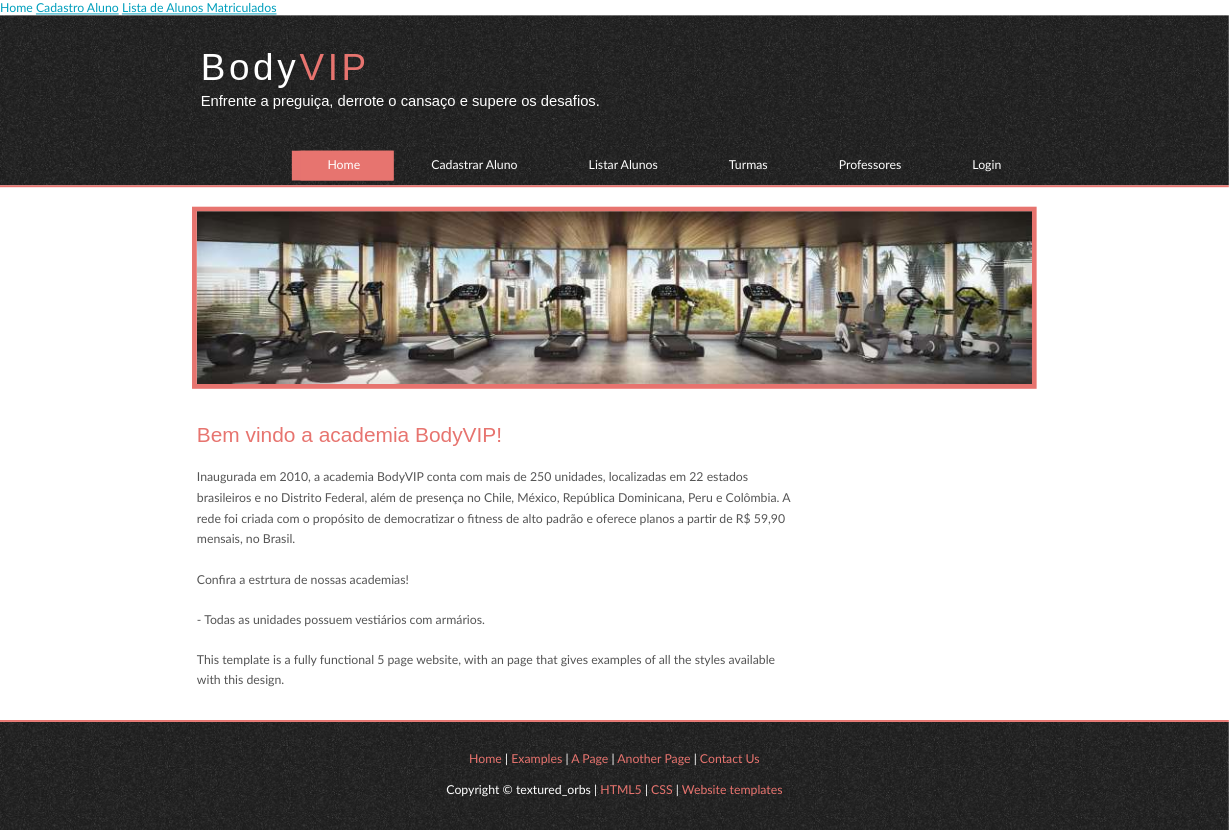
Repository: Thais-Ferreira/Projeto_bodyVIP
Page: http://localhost/BodyVIP/home.jsp
An editor plug-in stored every save of this project. The page is shown before and after the next save, followed by the edit.
The browser window is 1280 px wide. The pictures show the whole page, at 96% of full size.
The page is served by Tomcat 9. Other server files are loaded and not shown.

Above is the page before, as saved 2017-06-18 23:34:17.

### BodyVIP/WebContent/home.jsp
<%@ page language="java" contentType="text/html; charset=ISO-8859-1"
    pageEncoding="ISO-8859-1"%>
<!DOCTYPE html PUBLIC "-//W3C//DTD HTML 4.01 Transitional//EN" "http://www.w3.org/TR/html4/loose.dtd">
<html>
<head>
	<meta http-equiv="Content-Type" content="text/html; charset=ISO-8859-1">
	<link rel="stylesheet" type="text/css" href="css/style.css" />
	<title>Home</title>
</head>
<body>
	<jsp:include page="cabecalho.jsp"></jsp:include>
	<div id="main">
    <div id="header">
      <div id="logo">
        <div id="logo_text">
          <!-- class="logo_colour", allows you to change the colour of the text -->
          <h1><a href="index.html">Body<span class="logo_colour">VIP</span></a></h1>
          <h2>Enfrente a preguiça, derrote o cansaço e supere os desafios.</h2>
        </div>
      </div>
      <div id="menubar">
        <ul id="menu">
          <!-- put class="selected" in the li tag for the selected page - to highlight which page you're on -->
          <li class="selected"><a href="index.html">Home</a></li>
          <li><a href="AlunoController?acao=cadastro">Cadastrar Aluno</a></li>
          <li><a href="AlunoController?acao=buscaLista">Listar Alunos</a></li>
          <li><a href="page.html">Turmas</a></li>
          <li><a href="another_page.html">Professores</a></li>
          <li><a href="contact.html">Login</a></li>
        </ul>
      </div>
    </div>
    <div id="content_header"></div>
    <div id="site_content">
      <div id="banner"></div>

      <div id="content">
        <!-- insert the page content here -->
        <h1>Bem vindo a academia BodyVIP!</h1>
        <p>Inaugurada em 2010, a academia BodyVIP conta com mais de 250 unidades, localizadas em 22 estados brasileiros
        e no Distrito Federal, além de presença no Chile, México, República Dominicana, Peru e Colômbia.
        A rede foi criada com o propósito de democratizar o fitness de alto padrão e oferece planos
        a partir de R$ 59,90 mensais, no Brasil.
		</p>
        <p>Confira a estrtura de nossas academias!</p>
        <p>- Todas as unidades possuem vestiários com armários.</p>
        <p>This template is a fully functional 5 page website, with an page that gives examples of all the styles available with this design.</p>
      </div>
    </div>
    <div id="content_footer"></div>
    <div id="footer">
      <p><a href="index.html">Home</a> | <a href="examples.html">Examples</a> | <a href="page.html">A Page</a> | <a href="another_page.html">Another Page</a> | <a href="contact.html">Contact Us</a></p>
      <p>Copyright &copy; textured_orbs | <a href="http://validator.w3.org/check?uri=referer">HTML5</a> | <a href="http://jigsaw.w3.org/css-validator/check/referer">CSS</a> | <a href="http://www.html5webtemplates.co.uk">Website templates</a></p>
    </div>
  </div>
</body>
</html>

### BodyVIP/WebContent/cabecalho.jsp
<%@ page language="java" contentType="text/html; charset=ISO-8859-1"
    pageEncoding="ISO-8859-1"%>
<!DOCTYPE html PUBLIC "-//W3C//DTD HTML 4.01 Transitional//EN" "http://www.w3.org/TR/html4/loose.dtd">
<html>
<head>
<meta http-equiv="Content-Type" content="text/html; charset=ISO-8859-1">
<title>Cabeçalho</title>
</head>
<body>
	<a href="home.jsp">Home</a>
	<a href="AlunoController?acao=cadastro">Cadastro Aluno</a>
	<a href="AlunoController?acao=buscaLista">Lista de Alunos Matriculados</a>
</body>
</html>

### BodyVIP/WebContent/css/style.css
@CHARSET "ISO-8859-1";

html
{ height: 100%;}

*
{ margin: 0;
  padding: 0;}

body
{ font: normal .80em 'trebuchet ms', arial, sans-serif;
  background: #FFF;
  color: #555;}

p
{ padding: 0 0 20px 0;
  line-height: 1.7em;}

img
{ border: 0;}

h1, h2, h3, h4, h5, h6
{ color: #E7746F;
  letter-spacing: 0em;
  padding: 0 0 5px 0;}

h1, h2, h3
{ font: normal 170% 'century gothic', arial;
  margin: 0 0 15px 0;
  padding: 15px 0 5px 0;}

h2
{ font-size: 160%;
  padding: 9px 0 5px 0;}

h3
{ font-size: 140%;
  padding: 5px 0 0 0;}

h4, h6
{ color: #009FBC;
  padding: 0 0 5px 0;
  font: normal 110% arial;
  text-transform: uppercase;}

h5, h6
{ color: #888;
  font: normal 95% arial;
  letter-spacing: normal;
  padding: 0 0 15px 0;}

a, a:hover
{ outline: none;
  text-decoration: underline;
  color: #009FBC;}

a:hover
{ text-decoration: none;}

blockquote
{ margin: 20px 0;
  padding: 10px 20px 0 20px;
  border: 1px solid #E5E5DB;
  background: #FFF;}

ul
{ margin: 2px 0 22px 17px;}

ul li
{ list-style-type: circle;
  margin: 0 0 6px 0;
  padding: 0 0 4px 5px;
  line-height: 1.5em;}

ol
{ margin: 8px 0 22px 20px;}

ol li
{ margin: 0 0 11px 0;}

.left
{ float: left;
  width: auto;
  margin-right: 10px;}

.right
{ float: right;
  width: auto;
  margin-left: 10px;}

.center
{ display: block;
  text-align: center;
  margin: 20px auto;}

#main, #logo, #menubar, #site_content, #footer
{ margin-left: auto;
  margin-right: auto;}

#header
{ background: #1d1d1d url(pattern.png) repeat;
  border-bottom: 2px solid #E7746F;
  height: 177px;}

#banner
{ background: transparent url(banner.jpg) no-repeat;
  width: 870px;
  height: 180px;
  margin-bottom: 20px;
  border: 5px solid #E7746F;}

#logo
{ width: 880px;
  position: relative;
  height: 140px;
  background: transparent;}

#logo #logo_text
{ position: absolute;
  top: 10px;
  left: 0;}

#logo h1, #logo h2
{ font: normal 300% 'century gothic', arial, sans-serif;
  border-bottom: 0;
  text-transform: none;
  margin: 0 0 0 9px;}

#logo_text h1, #logo_text h1 a, #logo_text h1 a:hover
{ padding: 22px 0 0 0;
  color: #FFF;
  letter-spacing: 0.1em;
  text-decoration: none;}

#logo_text h1 a .logo_colour
{ color: #E7746F;}

#logo_text a:hover .logo_colour
{ color: #FFF;}

#logo_text h2
{ font-size: 120%;
  padding: 4px 0 0 0;
  color: #FFF;}

#menubar
{ width: 880px;
  height: 46px;}

ul#menu
{ float: right;
  margin: 0;}

ul#menu li
{ float: left;
  padding: 0 0 0 9px;
  list-style: none;
  margin: 1px 2px 0 0;
  background: transparent;}

ul#menu li a
{ font: normal 100% 'trebuchet ms', sans-serif;
  display: block;
  float: left;
  height: 20px;
  padding: 6px 35px 5px 28px;
  text-align: center;
  color: #FFF;
  text-decoration: none;
  background: transparent;}

ul#menu li.selected a
{ height: 20px;
  padding: 6px 35px 5px 28px;}

ul#menu li.selected
{ margin: 1px 2px 0 0;
  background: #E7746F;}

ul#menu li.selected a, ul#menu li.selected a:hover
{ background: #E7746F;
  color: #FFF;}

ul#menu li a:hover
{ color: #FFF;
  background: #E7746F;}

#site_content
{ width: 880px;
  overflow: hidden;
  margin: 20px auto 0 auto;
  padding: 0 0 10px 0;}

#sidebar_container
{ float: right;
  width: 224px;}

.sidebar_top
{ width: 222px;
  height: 14px;
  background: transparent url(side_top.png) no-repeat;}

.sidebar_base
{ width: 222px;
  height: 14px;
  background: url(side_base.png) no-repeat;}

.sidebar
{ float: right;
  width: 222px;
  padding: 0;
  margin: 0 0 16px 0;}

.sidebar_item
{ background: url(side_back.png) repeat-y;
  padding: 0 15px;
  width: 192px;}

.sidebar li a.selected
{ color: #444;}

.sidebar ul
{ margin: 0;}

#content
{ text-align: left;
  width: 620px;
  padding: 0 0 0 5px;
  float: left;}

#content ul
{ margin: 2px 0 22px 0px;}

#content ul li, .sidebar ul li
{ list-style-type: none;
  background: url(bullet.png) no-repeat;
  margin: 0 0 0 0;
  padding: 0 0 4px 25px;
  line-height: 1.5em;}

#footer
{ width: 100%;
  font-family: 'trebuchet ms', sans-serif;
  font-size: 100%;
  height: 80px;
  padding: 28px 0 5px 0;
  text-align: center;
  background: transparent url(pattern.png) repeat;
  border-top: 2px solid #E7746F;
  color: #FFF;}

#footer p
{ line-height: 1.7em;
  padding: 0 0 10px 0;}

#footer a
{ color: #E7746F;
  text-decoration: none;}

#footer a:hover
{ color: #FFF;
  text-decoration: none;}

.search
{ color: #5D5D5D;
  border: 1px solid #BBB;
  width: 134px;
  padding: 4px;
  font: 100% arial, sans-serif;}

.form_settings
{ margin: 15px 0 0 0;}

.form_settings p
{ padding: 0 0 4px 0;}

.form_settings span
{ float: left;
  width: 200px;
  text-align: left;}

.form_settings input, .form_settings textarea
{ padding: 5px;
  width: 299px;
  font: 100% arial;
  border: 1px solid #E5E5DB;
  background: #FFF;
  color: #47433F;}

.form_settings .submit
{ font: 100% arial;
  border: 0;
  width: 99px;
  margin: 0 0 0 212px;
  height: 33px;
  padding: 2px 0 3px 0;
  cursor: pointer;
  background: #E7746F;
  color: #FFF;}

.form_settings textarea, .form_settings select
{ font: 100% arial;
  width: 299px;}

.form_settings select
{ width: 310px;}

.form_settings .checkbox
{ margin: 4px 0;
  padding: 0;
  width: 14px;
  border: 0;
  background: none;}

.separator
{ width: 100%;
  height: 0;
  border-top: 1px solid #D9D5CF;
  border-bottom: 1px solid #FFF;
  margin: 0 0 20px 0;}

table
{ margin: 10px 0 30px 0;}

table tr th, table tr td
{ background: #E7746F;
  color: #FFF;
  padding: 7px 4px;
  text-align: left;}

table tr td
{ background: #E5E5DB;
  color: #47433F;
  border-top: 1px solid #FFF;}

After the next save:
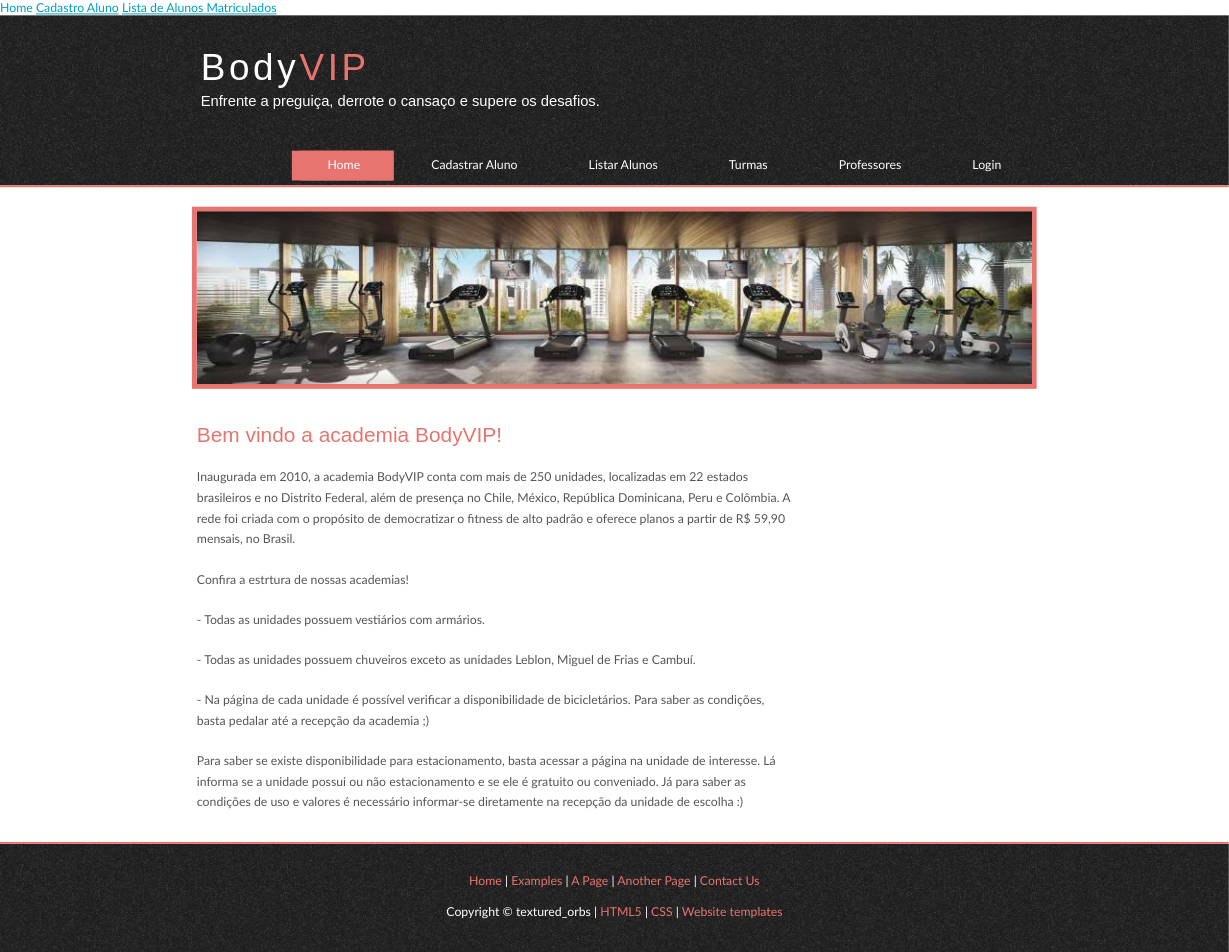
Saved 107 s later.
--- a/BodyVIP/WebContent/home.jsp
+++ b/BodyVIP/WebContent/home.jsp
@@ -44,7 +44,13 @@
 		</p>
         <p>Confira a estrtura de nossas academias!</p>
         <p>- Todas as unidades possuem vestiários com armários.</p>
-        <p>This template is a fully functional 5 page website, with an page that gives examples of all the styles available with this design.</p>
+        <p>- Todas as unidades possuem chuveiros exceto as unidades Leblon, Miguel de Frias e Cambuí.</p>
+        <p>- Na página de cada unidade é possível verificar a disponibilidade de bicicletários.
+        Para saber as condições, basta pedalar até a recepção da academia ;)</p>
+        <p>Para saber se existe disponibilidade para estacionamento, basta acessar a página na unidade de
+        interesse. Lá informa se a unidade possui ou não estacionamento e se ele é gratuito ou conveniado.
+        Já para saber as condições de uso e valores é necessário informar-se diretamente na recepção
+        da unidade de escolha :)</p>
       </div>
     </div>
     <div id="content_footer"></div>
